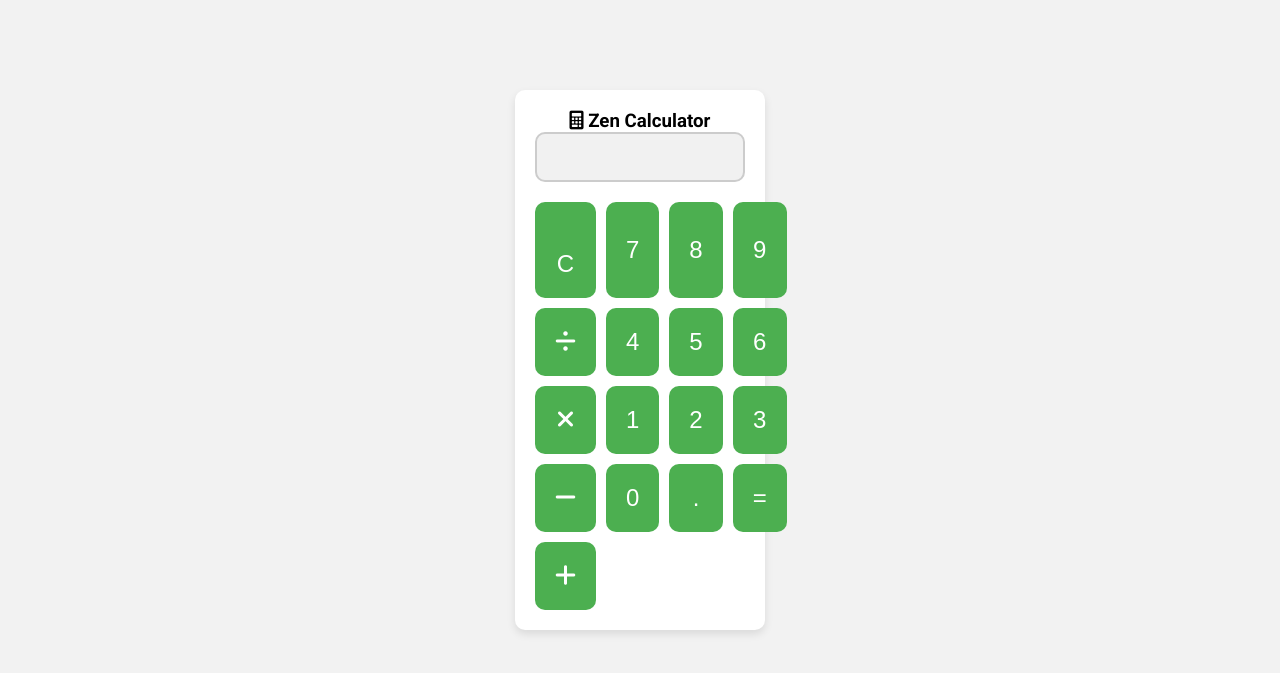
Repository: rajendratamang/zencalculator
Page: index.html
An editor plug-in stored every save of this project. The page is shown before and after the next save, followed by the edit.
The browser window is 1280 px wide. The pictures show the whole page.

Above is the page before, as saved 2025-01-29 21:53:46.

### index.html
<!DOCTYPE html>
<html lang="en">
<head>
    <meta charset="UTF-8">
    <meta name="viewport" content="width=device-width, initial-scale=1.0">
    <title>Zen Calculator</title>
    <link href="https://fonts.googleapis.com/css2?family=Roboto:wght@400;500;700&display=swap" rel="stylesheet">
    <link href="https://cdnjs.cloudflare.com/ajax/libs/font-awesome/6.0.0-beta3/css/all.min.css" rel="stylesheet">
    <link rel="stylesheet" href="styles.css">
</head>
<body>
    <div class="calculator">
        <h3><i class="fas fa-calculator"></i> Zen Calculator</h3>
        <input type="text" id="display" class="display" disabled />
        <div class="buttons">
            <button class="button" onclick="clearDisplay()"><i class="fas fa-clear"></i> C</button>
            <button class="button" onclick="appendToDisplay('7')">7</button>
            <button class="button" onclick="appendToDisplay('8')">8</button>
            <button class="button" onclick="appendToDisplay('9')">9</button>
            <button class="button" onclick="appendToDisplay('/')"><i class="fas fa-divide"></i></button>

            <button class="button" onclick="appendToDisplay('4')">4</button>
            <button class="button" onclick="appendToDisplay('5')">5</button>
            <button class="button" onclick="appendToDisplay('6')">6</button>
            <button class="button" onclick="appendToDisplay('*')"><i class="fas fa-multiply"></i></button>

            <button class="button" onclick="appendToDisplay('1')">1</button>
            <button class="button" onclick="appendToDisplay('2')">2</button>
            <button class="button" onclick="appendToDisplay('3')">3</button>
            <button class="button" onclick="appendToDisplay('-')"><i class="fas fa-minus"></i></button>

            <button class="button" onclick="appendToDisplay('0')">0</button>
            <button class="button" onclick="appendToDisplay('.')">.</button>
            <button class="button" onclick="calculateResult()">=</button>
            <button class="button" onclick="appendToDisplay('+')"><i class="fas fa-plus"></i></button>
        </div>
    </div>
    <script src="script.js"></script>
</body>
</html>

### styles.css
* {
    margin: 0;
    padding: 0;
    box-sizing: border-box;
}

body {
    background-color: #f2f2f2;
    font-family: 'Roboto', sans-serif;
    display: flex;
    justify-content: center;
    align-items: center;
    height: 100vh;
}

.calculator {
    background-color: #ffffff;
    border-radius: 15px;
    box-shadow: 0 4px 10px rgba(0, 0, 0, 0.1);
    padding: 20px;
    width: 300px;
}

.display {
    width: 100%;
    height: 50px;
    font-size: 2rem;
    text-align: right;
    padding: 10px;
    background-color: #f1f1f1;
    border: 2px solid #ccc;
    border-radius: 10px;
    margin-bottom: 20px;
    color: #333;
    font-weight: 500;
}

.buttons {
    display: grid;
    grid-template-columns: repeat(4, 1fr);
    gap: 10px;
}

.button {
    background-color: #4CAF50;
    color: white;
    font-size: 1.5rem;
    border: none;
    border-radius: 10px;
    padding: 20px;
    cursor: pointer;
    transition: background-color 0.3s ease;
}

.button:hover {
    background-color: #45a049;
}

button i {
    font-size: 1.5rem;
}

button:active {
    transform: scale(0.95);
}

/* heading */
.calculator {
    background-color: #fff;
    border-radius: 10px;
    box-shadow: 0 4px 8px rgba(0, 0, 0, 0.1);
    padding: 20px;
    width: 250px;
    text-align: center;
}

### script.js
let display = document.getElementById("display");

function appendToDisplay(value) {
    display.value += value;
}

function clearDisplay() {
    display.value = '';
}

function calculateResult() {
    try {
        display.value = eval(display.value);
    } catch (e) {
        display.value = 'Error';
    }
}

After the next save:
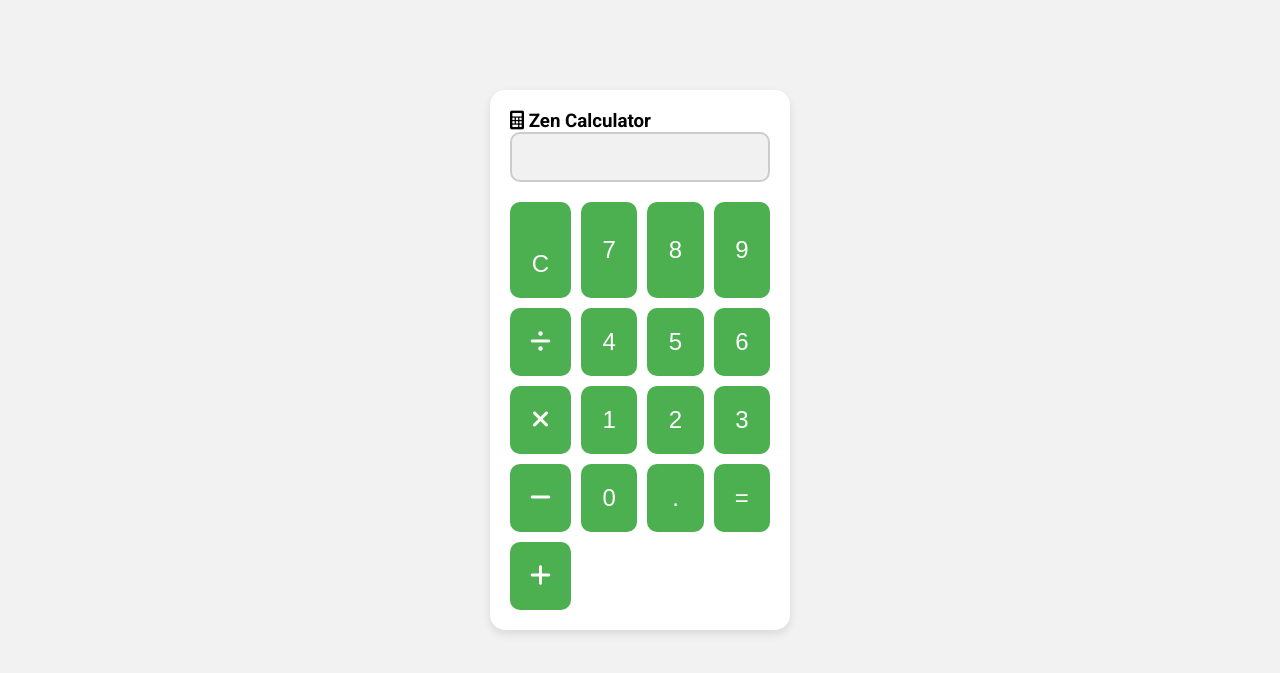
Saved 6 s later.
--- a/styles.css
+++ b/styles.css
@@ -63,13 +63,3 @@ button i {
 button:active {
     transform: scale(0.95);
 }
-
-/* heading */
-.calculator {
-    background-color: #fff;
-    border-radius: 10px;
-    box-shadow: 0 4px 8px rgba(0, 0, 0, 0.1);
-    padding: 20px;
-    width: 250px;
-    text-align: center;
-}
